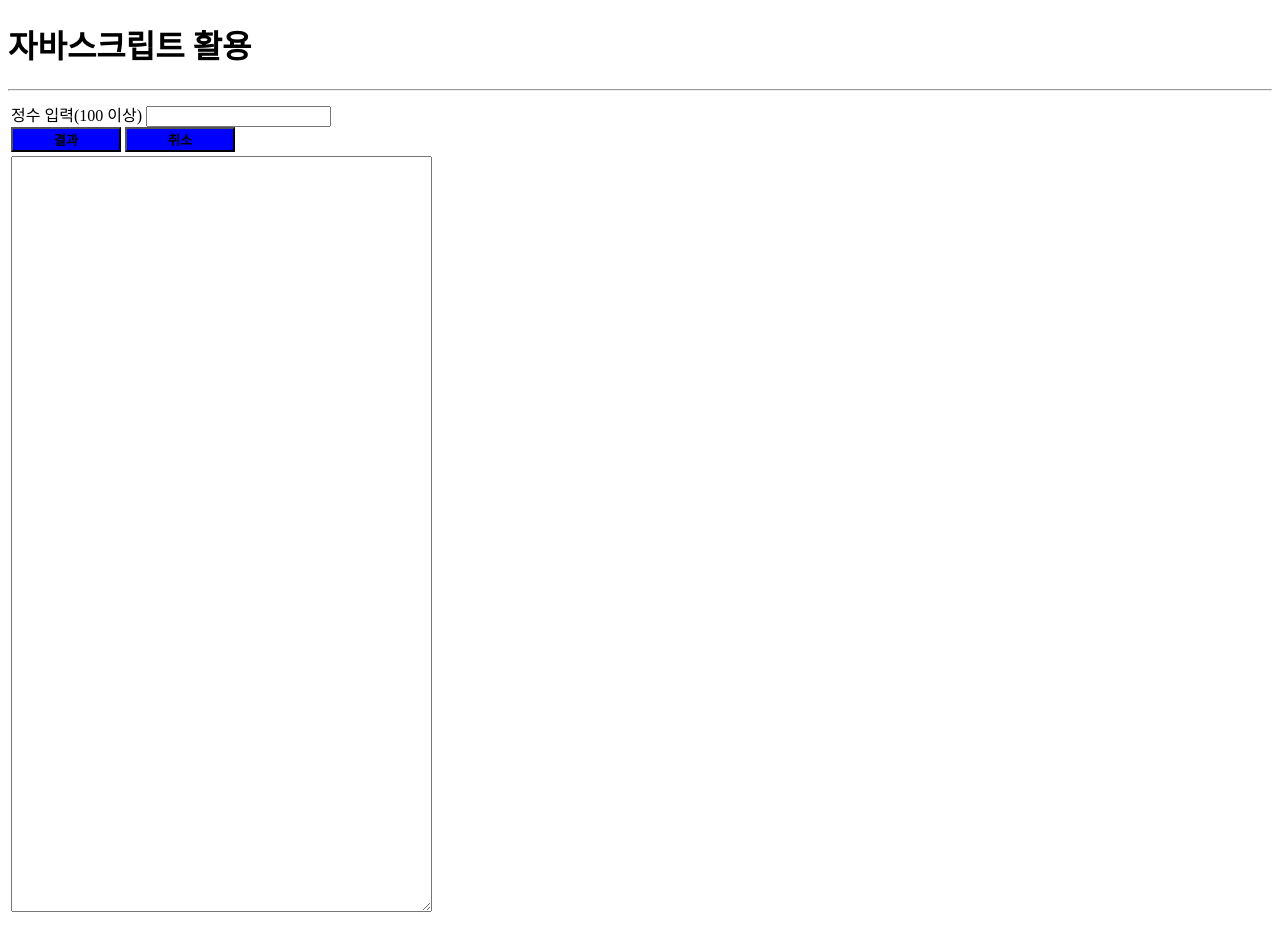
Repository: lolsoyeon/WebStudy
Page: WebApp03/WebContent/Test017_1.html
These files come from the project's save history. The page is drawn as it stood at one moment and after the next save; the edit follows.
The browser window is 1280 px wide. The pictures show the whole page.

Above is the page before, as saved 2022-09-30 00:43:27.

### WebApp03/WebContent/Test017_1.html
<!DOCTYPE html>
<html>
<head>
<meta charset="UTF-8">
<title>Test017_1.html</title>

<style type="text/css">
	.btn {width: 110px; background-color: blue; font-weight: bold; }

</style>

<script type="text/javascript">

	function mySum()
	{
		// 테스트
		// alert("함수호출~!!!");

		var vInput = document.getElementById("input").value;

		if (vInput<100)
		{
			alert("100 이상의 정수를 입력 해주세요~!!!");
		}

		var vResult = 0;
		var i = 0;


		for (var i = 0; i <= vInput; i++)
		{
			vResult += i;

// 			var j = 1;
				if (i%10 == 0)
				{
					document.getElementById("result").value += "1 ~ " + i+ ": " + vResult +"\n";
				}
		}

		document.getElementById("result").value += "1 ~ "+ (i-1)+ ": "+ vResult+ "\n";


	}

</script>


</head>
<body>

<div>
	<h1>자바스크립트 활용</h1>
	<hr>
</div>

<!--
	1부터 n까지의 합을 계산하되
	n은 100 이상만 허용하고
	출력 시 10 의 배수가 될 때마다
	중간 합을 출력할 수 있는 페이지를 구성한다.

	반복문을 활용할 수 있도록 한다.

	HTML, CSS, Javascript 활용

	페이지 레이아웃
	--------------------------------------

	정수 입력(100 이상)		[   100이상    ]  → 조건 유효성 경고창

	  < 결과 > < 취소 >

	┌───────────┐
	│ 1 ~ 10 : 55           │	→ textarea
	│ 1 ~ 20 : 210          │
	│ 	  :                  │
	│ 1 ~ 100: 5050         │
	│                       │
	└───────────┘
	-------------------------------------
 -->
<table>
	<from>
		<tr>
			<td>정수 입력(100 이상)
				<input type="text" class="textbox" id="input"><br>
				<input type="button" class="btn" id="click1" value="결과" onclick="mySum()">
				<input type="reset" class="btn" id="click2" value="취소">
			</td>

		</tr>
		<tr>
			<td>
				<textarea name="output" rows="50" cols="50" id="result" isabled="disabled"></textarea>
			</td>
		</tr>
	</from>
</table>










</body>
</html>

After the next save:
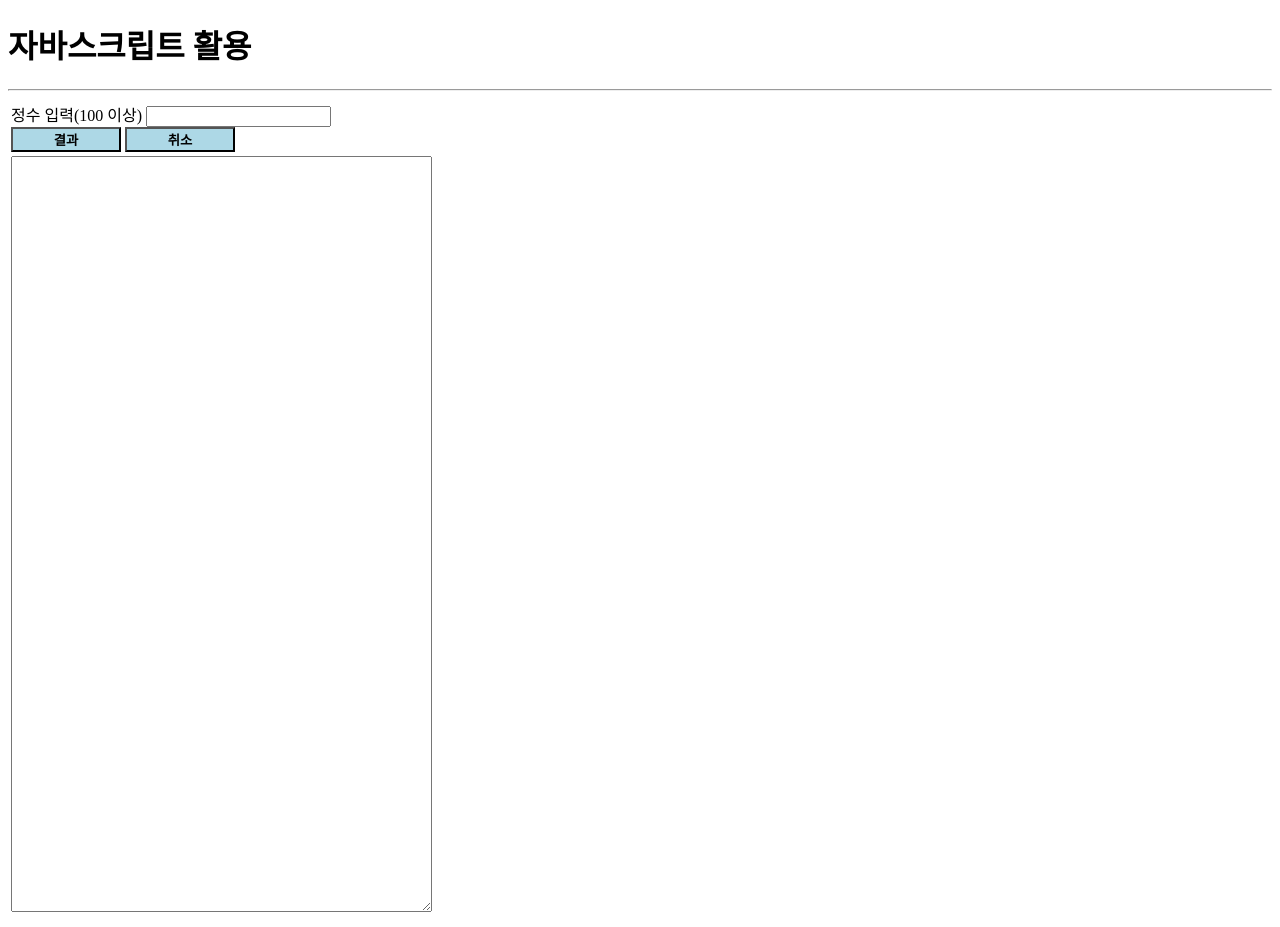
Saved 8 s later.
--- a/WebApp03/WebContent/Test017_1.html
+++ b/WebApp03/WebContent/Test017_1.html
@@ -5,7 +5,7 @@
 <title>Test017_1.html</title>
 
 <style type="text/css">
-	.btn {width: 110px; background-color: blue; font-weight: bold; }
+	.btn {width: 110px; background-color: lightblue; font-weight: bold; }
 
 </style>
 
